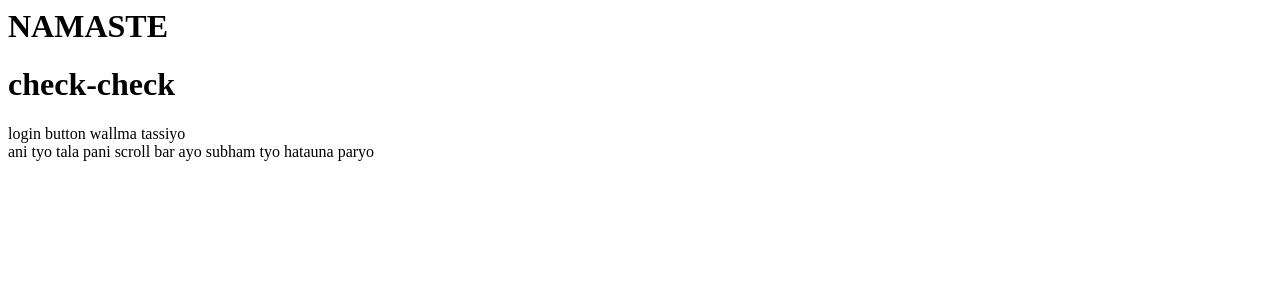
Repository: SachetAdhikari/HotelManagementSystem
Page: http://localhost/HMS/
An editor plug-in stored every save of this project. The page is shown before and after the next save, followed by the edit.
The browser window is 1280 px wide. The pictures show the whole page.
The page is served by Tomcat 9.

Above is the page before, as saved 2021-05-30 07:31:24.

After the next save:
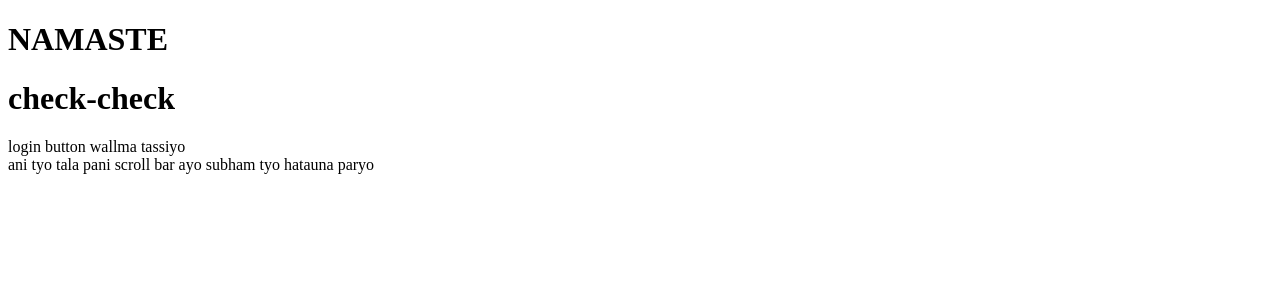
Saved 55 s later.
--- a/HMS/WebContent/index.jsp
+++ b/HMS/WebContent/index.jsp
@@ -1,4 +1,14 @@
-
+<%@ page language="java" contentType="text/html; charset=ISO-8859-1"
+    pageEncoding="ISO-8859-1"%>
+<!DOCTYPE html>
+<html lang="en">
+  <head>
+    <meta charset="UTF-8" />
+    <meta http-equiv="X-UA-Compatible" content="IE=edge" />
+    <meta name="viewport" content="width=device-width, initial-scale=1.0" />
+    <title>Home</title>
+  </head>
+  <body>
     <div class="main-page">
       <div class="main-page p1">
         <h1>NAMASTE</h1>
